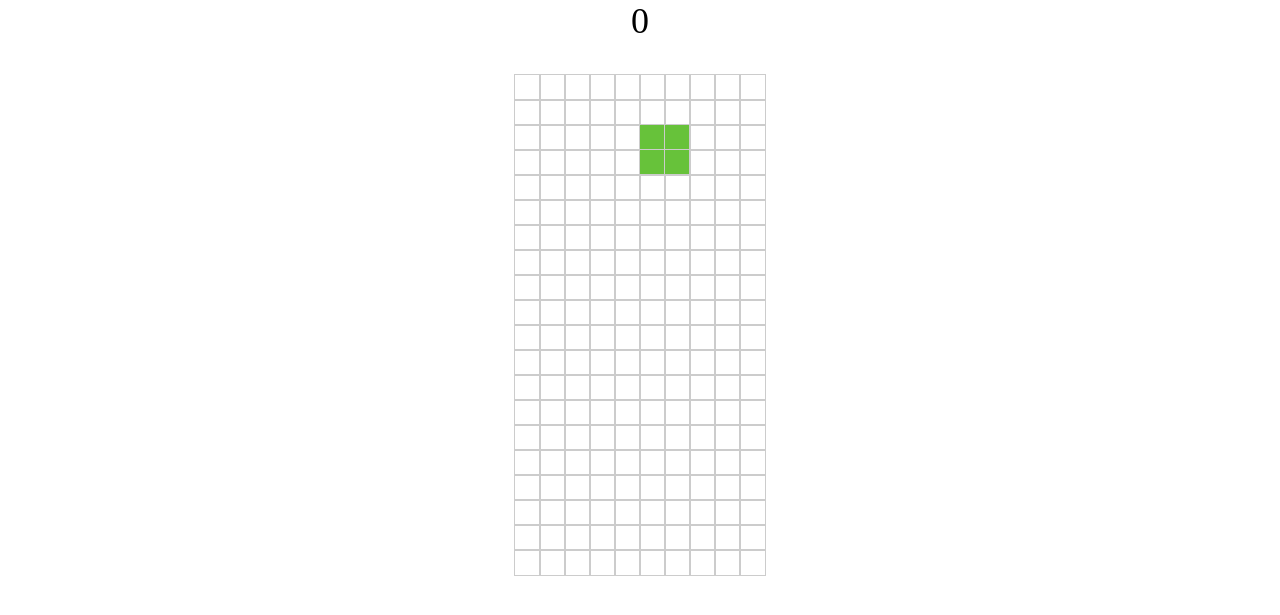
Repository: chlwpdnswku/tetris
Page: index.html
An editor plug-in stored every save of this project. The page is shown before and after the next save, followed by the edit.
The browser window is 1280 px wide. The pictures show the whole page.

Above is the page before, as saved 2022-12-12 00:50:28.

### index.html
<!DOCTYPE html>
<html lang="en">

<head>
    <meta charset="UTF-8">
    <meta http-equiv="X-UA-Compatible" content="IE=edge">
    <meta name="viewport" content="width=device-width, initial-scale=1.0">
    <link rel="stylesheet" href="style.css">
    <title>Document</title>

</head>

<body>
    <div class="wrapper">
        <div class="score">0</div>
        <div class="playground">
            <!-- ul  -->
            <ul></ul>
        </div>

    </div>

    <script src="script.js"></script>
</body>

</html>

### style.css
* {
  margin: 0;
  padding: 0;
}
ul {
  list-style: none;
}
body {
  height: 100%;
  overflow: hidden;
}
.score {
  text-align: center;
  font-size: 36px;
  margin-bottom: 2rem;
}
.playground > ul {
  border: 1px solid #333;
  width: 250px;
  margin: 0 auto;
}
.playground > ul > li {
  width: 100%;
  height: 25%;
}

.playground > ul > li > ul {
  display: flex;
}
.playground > ul > li > ul > li {
  width: 25px;
  height: 25px;
  outline: 1px solid #ccc;
}
.tree {
  background: #67c23a;
}

### script.js
const playground = document.querySelector('.playground >ul');

// console.log(playground);

// setting
const GAME_ROWS = 20;
const GAME_COLS = 10;

// variables
let score = 0;
let duration = 500;
let downInterval;
let tempMovingItem;

// 좌료를 바꾸면 모양이 바뀐다.
const BLOCKS = {
  tree: [
    [
      [0, 0],
      [0, 1],
      [1, 0],
      [1, 1],
    ],
    [],
    [],
    [],
  ],
};

const movingItem = {
  type: 'tree',
  direction: 0,
  top: 2,
  left: 5,
};

// functions

init();
// 맨처음 시작하는 함수 10개의 20개의 줄을 저장
function init() {
  // 값만 가져와서 넣어줌
  tempMovingItem = { ...movingItem };
  //   movingItem.left = 3;
  //   console.log(tempMovingItem);
  for (let i = 0; i < GAME_ROWS; i++) {
    prependNewLine();
  }
  renderBlocks();
}

function prependNewLine() {
  const li = document.createElement('li');
  const ul = document.createElement('ul');

  for (let j = 0; j < GAME_COLS; j++) {
    const matrix = document.createElement('li');
    // ul -> li
    ul.prepend(matrix);
  }
  li.prepend(ul);
  playground.prepend(li);
}

function renderBlocks() {
  const { type, direction, top, left } = tempMovingItem;
  //   console.log(BLOCKS[type][direction]);
  BLOCKS[type][direction].forEach((block) => {
    const x = block[0] + left;
    const y = block[1] + top;
    // console.log({ playground });
    const target = playground.childNodes[y].childNodes[0].childNodes[x];
    // console.log(target);
    target.classList.add(type);
  });

  //   console.log(type, direction, top, left);
}

// 인자들을 받고
function moveBlock(moveType, amout) {
  tempMovingItem[moveType];
}

// 이벤트 핸들링 키를 움직이면 이벤트 객체가 생김 keyCode를 이용해서 각각의 함수를 실행을 시킬거임
document.addEventListener('keydown', (e) => {
  switch (e.keyCode) {
    case 39:
      moveBlock('left', 1);
      break;
    case 37:
      moveBlock('left', -1);
    default:
      break;
  }
  console.log(e);
});

After the next save:
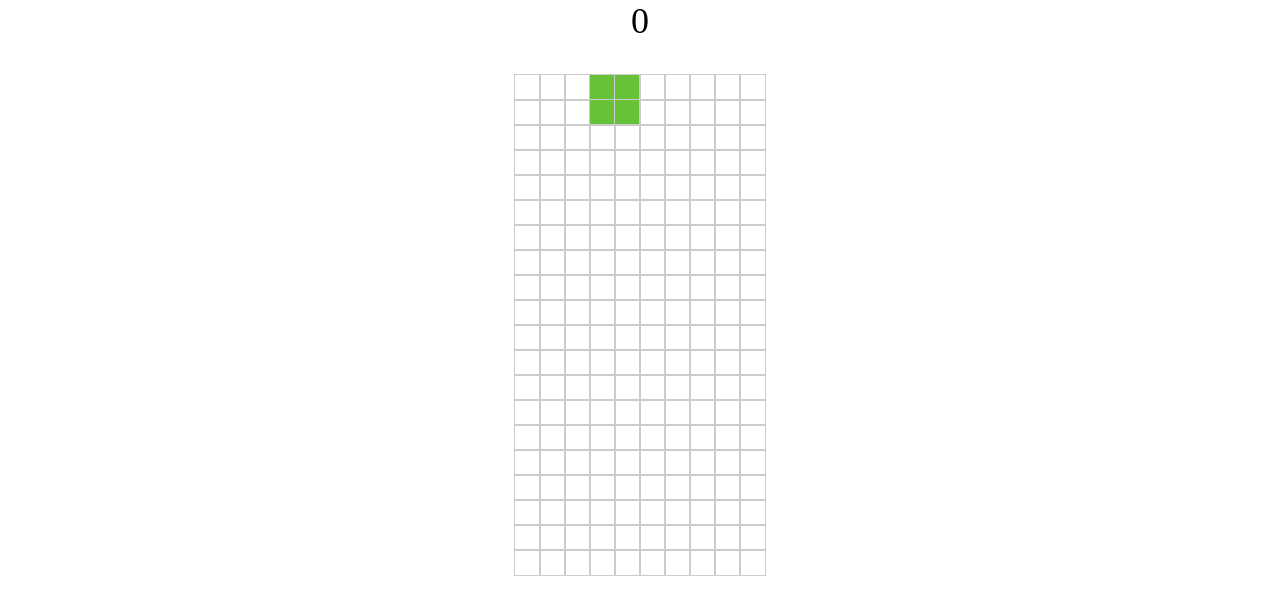
Saved 48 s later.
--- a/script.js
+++ b/script.js
@@ -30,8 +30,8 @@ const BLOCKS = {
 const movingItem = {
   type: 'tree',
   direction: 0,
-  top: 2,
-  left: 5,
+  top: 0,
+  left: 3,
 };
 
 // functions
